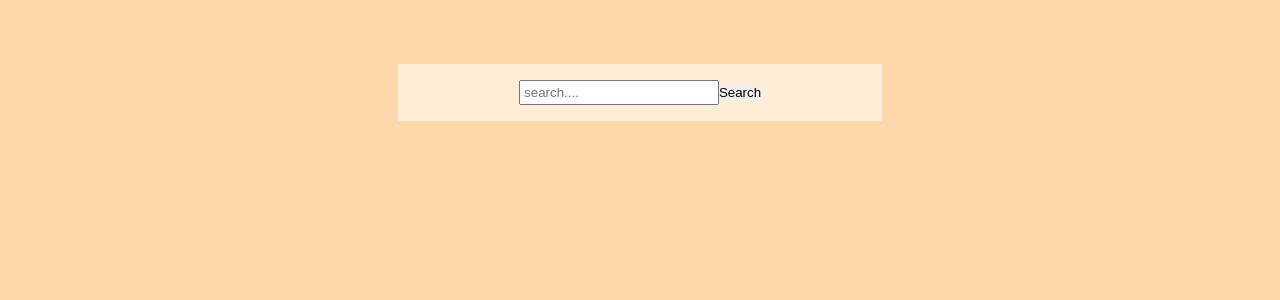
Repository: sandipkarmokar/recipeApp
Page: /
The author's editor kept a copy of each file at every save. The page is drawn from the files as they stood at one save, then again after the next save.
The browser window is 1280 px wide. The pictures show the whole page.
The project was rebuilt for these pictures with package versions that can differ from the ones it lists, and the page was loaded fresh each time.

Above is the page before, as saved 2022-04-15 16:54:54.

### src/App.js
import { useEffect, useStata, useState } from 'react';
import ListView from './components/listView';
import SearchBar from './components/searchBar';
import './App.css';

function App() {
    const [query, setQuery] = useState('');
    const [isLoading, setIsLoading] = useState(true);
    const [recipeIngredients, setRecipeIngredients] = useState([]);
    const [recipeList, setRecipeList] = useState([]);
    const [recipeId, setRecipeId] = useState();
    const [recipe, setRecipe] = useState([]);

    const url = `https://forkify-api.herokuapp.com/api/search?q=${query}`;
    const urlRecipe = `https://forkify-api.herokuapp.com/api/get?rId=${recipeId}`;

    const fetchData = async (e) => {
        e.preventDefault();
        try {
            const response = await fetch(url);
            const data = await response.json();
            setRecipeList(data.recipes);
            setIsLoading(false);
            setQuery('');
        } catch (error) {
            console.log(error);
        }
    };

    const fetchRecipe = async () => {
        try {
            const response = await fetch(urlRecipe);
            const data = await response.json();
            setRecipe(data);
            console.log(recipe, recipeId);
        } catch (error) {
            console.log(error);
        }
    };
    return (
        <div className="app">
            <div className="app-container">
                <SearchBar
                    query={query}
                    setQuery={setQuery}
                    fetchData={fetchData}
                ></SearchBar>
                <ListView
                    recipeList={recipeList}
                    setRecipeId={setRecipeId}
                    fetchRecipe={fetchRecipe}
                ></ListView>
            </div>
        </div>
    );
}

export default App;

### src/components/listView.js
import React from 'react';

const ListView = ({ recipeList, setRecipeId, fetchRecipe }) => {
    console.log(recipeList);
    const handleRecipe = (id) => {
        let numberId = parseInt(id);
        console.log(typeof numberId);
        setRecipeId(id);
        fetchRecipe();
    };

    return (
        <div className="recipeList">
            <div className="recipeList-container">
                {recipeList.map((el) => {
                    console.log(typeof el.recipe_id);
                    return (
                        <>
                            <p>{el.title}</p>
                            <img src={el.image_url} alt="" />
                            <p>{el.recipe_id}</p>
                            <p
                                onClick={() => {
                                    handleRecipe(el.recipe_id);
                                }}
                            >
                                Know More
                            </p>
                        </>
                    );
                })}
            </div>
        </div>
    );
};

export default ListView;

### src/components/searchBar.js
import React from 'react';

const SearchBar = ({ query, setQuery, fetchData }) => {
    return (
        <div className="searchBar">
            <div className="searchBar-container">
                {/* <div className="logo">FooD IT</div> */}
                <form onSubmit={fetchData} className="search">
                    <input
                        type="text"
                        placeholder="search...."
                        value={query}
                        onChange={(e) => setQuery(e.target.value)}
                    />
                    <button type="submit">Search</button>
                </form>
            </div>
        </div>
    );
};

export default SearchBar;

### src/App.css
* {
    margin: 0;
    padding: 0;
    box-sizing: border-box;
}

.app {
    height: 100vh;
    width: 100vw;
    background-color: #fed7aa;
    overflow: hidden;
    padding: 4rem;
}

.app .app-container {
    width: 70%;
    margin: 0 auto;
}
.app .app-container .searchBar {
    width: 60%;
    margin: 0 auto;
    background-color: #ffedd5;
}
.app .app-container .searchBar .searchBar-container {
    padding: 1rem 2rem;
    background-color: #ffedd5;
}
.app .app-container .searchBar .searchBar-container .search {
    display: flex;
    align-items: center;
    justify-content: center;
}
.app .app-container .searchBar .searchBar-container .search input {
    display: flex;
    width: 200px;
    padding: 0.2rem;
}

.app .app-container .searchBar .searchBar-container .search button {
    border: none;
    background-color: ;
}

Loaded but not shown: public/index.html (common file); src/index.js (common file); src/index.css (common file); src/reportWebVitals.js (common file)

After the next save:
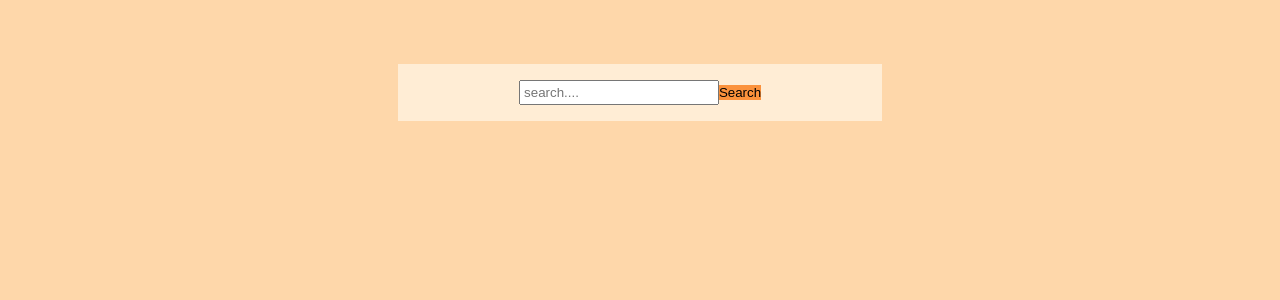
Saved 23 s later.
--- a/src/App.css
+++ b/src/App.css
@@ -38,5 +38,5 @@
 
 .app .app-container .searchBar .searchBar-container .search button {
     border: none;
-    background-color: ;
+    background-color: #fb923c;
 }
